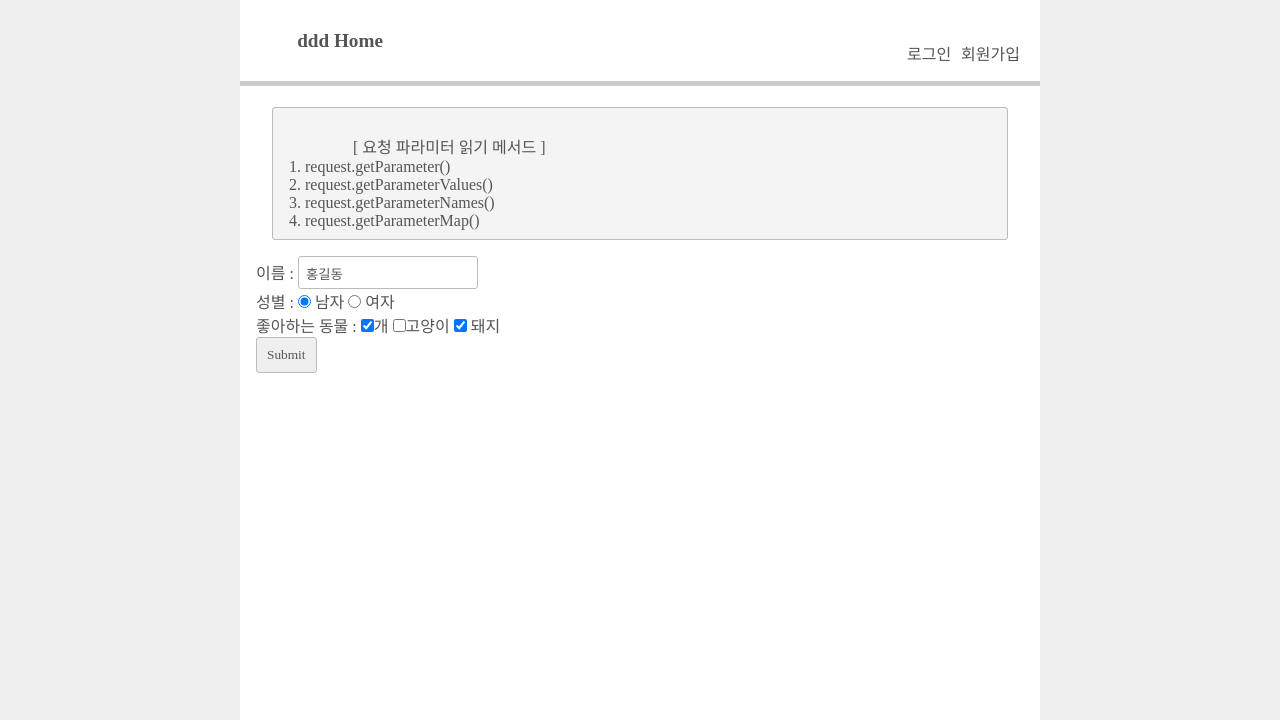
Repository: Deneb0000/JSP
Page: http://localhost/jspPro/days03/ex05.jsp
These files come from the project's save history. The page is drawn as it stood at one moment and after the next save; the edit follows.
The browser window is 1280 px wide. The pictures show the whole page.
Some web fonts or font styles are not loaded; a fallback is used. The page is served by Tomcat 9.

Above is the page before, as saved 2024-10-17 05:49:25.

After the next save:
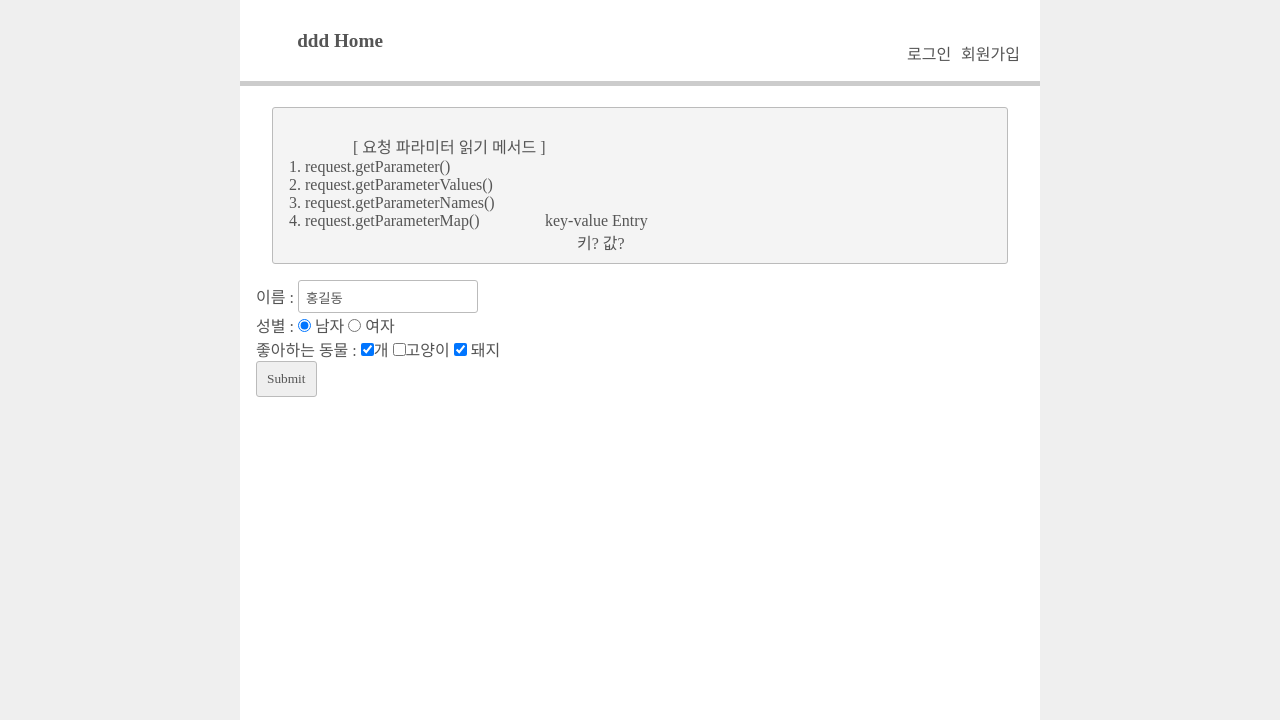
Saved 93 s later.
--- a/jspPro/src/main/webapp/days03/ex05.jsp
+++ b/jspPro/src/main/webapp/days03/ex05.jsp
@@ -35,7 +35,8 @@
 1. request.getParameter()
 2. request.getParameterValues()
 3. request.getParameterNames()
-4. request.getParameterMap()
+4. request.getParameterMap()		key-value Entry
+									키? 값?
 </xmp>
 
 		<form action="ex05_ok.jsp" method="get">
